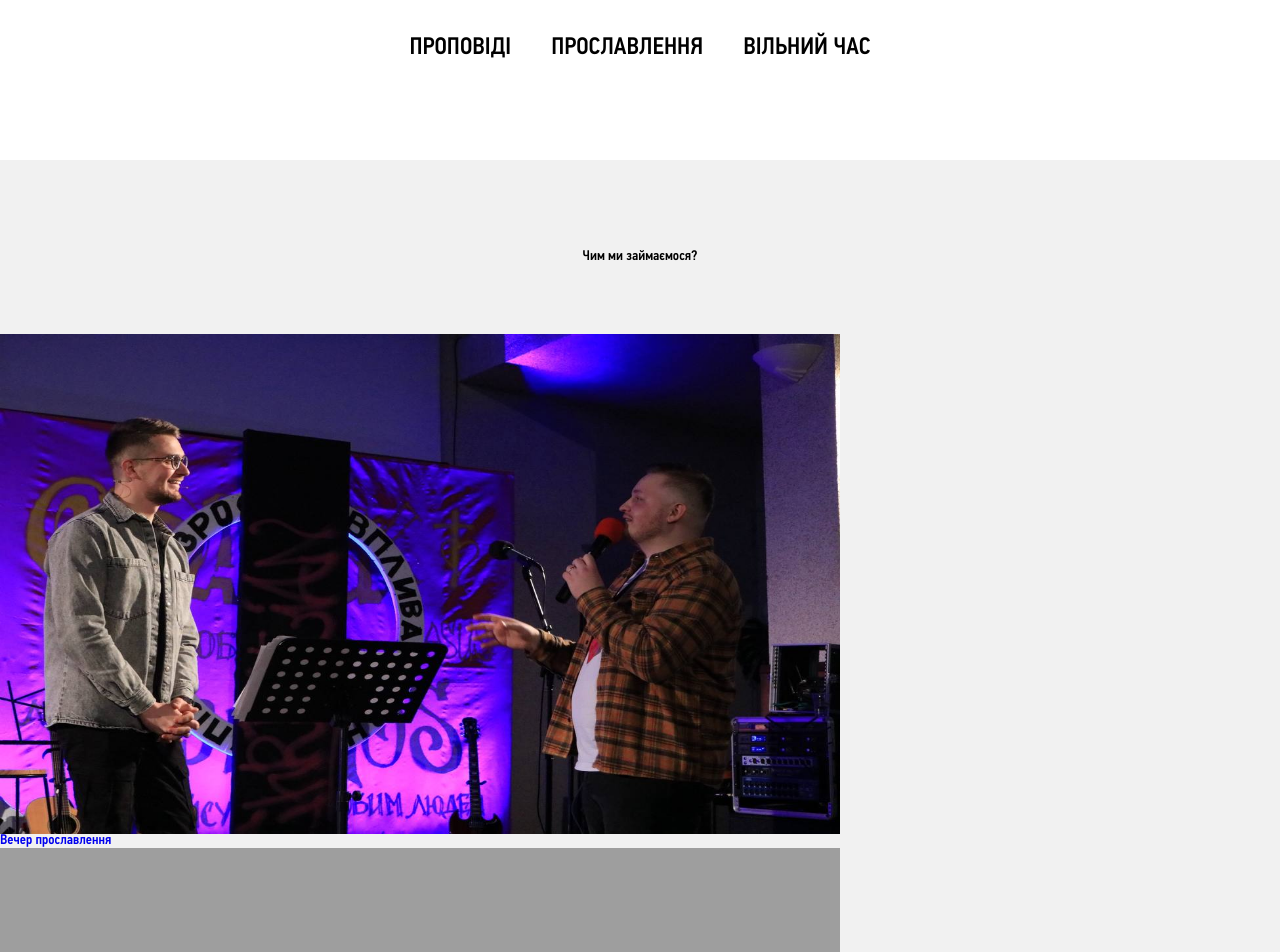
Repository: Bohdan-Sandovenko/youth-project
Page: index.html
The author's editor kept a copy of each file at every save. The page is drawn from the files as they stood at one save, then again after the next save.
The browser window is 1280 px wide. The pictures show the part of the page from y = 928 to 1880 px (the page is 2894 px tall before and 2914 px after).
Pictures or frames that could not be fetched are drawn as grey boxes. Some web fonts or font styles are not loaded; a fallback is used. The style sheet was rebuilt from its Sass, Less or Tailwind sources for each picture, by a compiler version that may differ from the author's.

Above is the page before, as saved 2024-09-23 18:30:19.

After the next save:
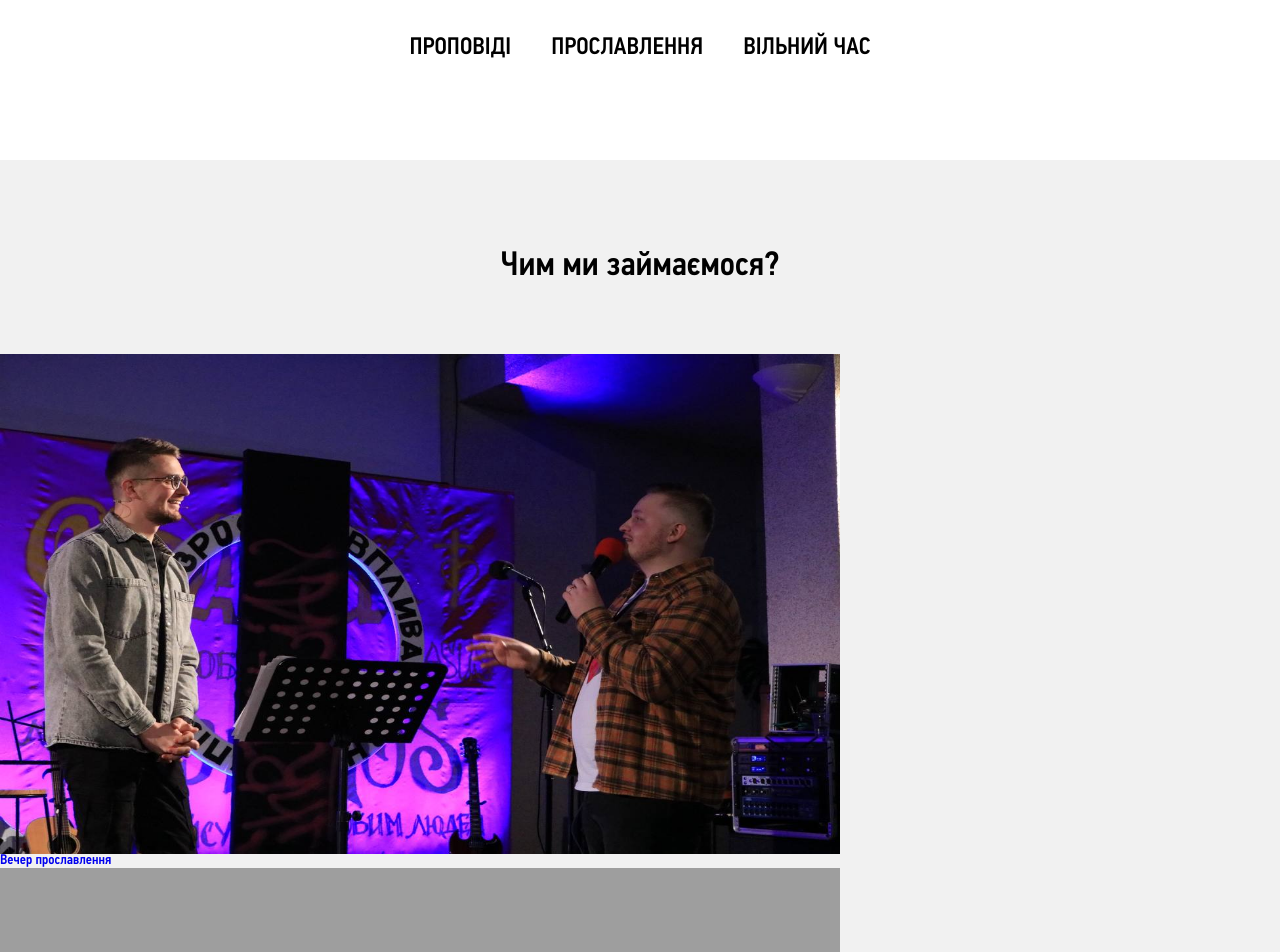
Saved 12 s later.
--- a/css/style.scss
+++ b/css/style.scss
@@ -129,7 +129,9 @@ body {
             text-align: center;
             margin-bottom: 70px;
 
-            .title-1 {}
+            .title-1 {
+                font-size: 34px;
+            }
         }
 
         .images-about-us {
